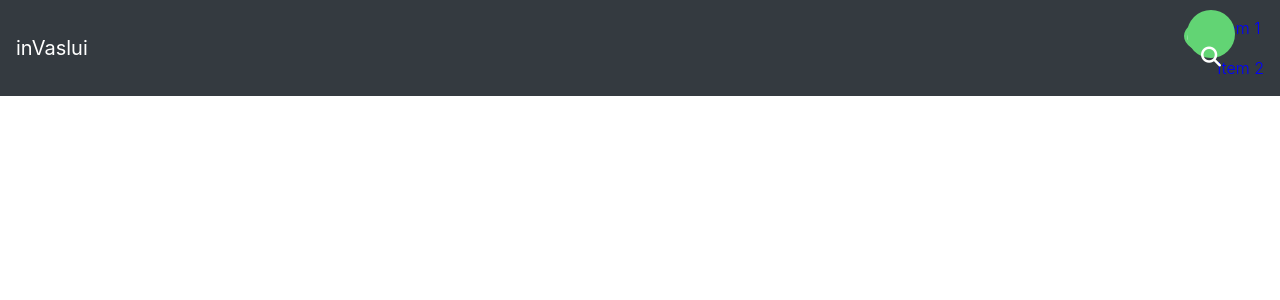
Repository: nicolasolo/in-vaslui
Page: index.html
The author's editor kept a copy of each file at every save. The page is drawn from the files as they stood at one save, then again after the next save.
The browser window is 1280 px wide. The pictures show the whole page.
Some web libraries are served in a nearby version.

Above is the page before, as saved 2020-03-29 21:15:45.

### index.html
<!DOCTYPE html>
<!--[if lt IE 7]>      <html class="no-js lt-ie9 lt-ie8 lt-ie7"> <![endif]-->
<!--[if IE 7]>         <html class="no-js lt-ie9 lt-ie8"> <![endif]-->
<!--[if IE 8]>         <html class="no-js lt-ie9"> <![endif]-->
<!--[if gt IE 8]><!--> <html class="no-js"> <!--<![endif]-->
    <head>
        <meta charset="utf-8">
        <meta http-equiv="X-UA-Compatible" content="IE=edge">
        <title></title>
        <meta name="description" content="">
        <meta name="viewport" content="width=device-width, initial-scale=1">
        <link rel="stylesheet" href="https://stackpath.bootstrapcdn.com/bootstrap/4.4.1/css/bootstrap.min.css" integrity="sha384-Vkoo8x4CGsO3+Hhxv8T/Q5PaXtkKtu6ug5TOeNV6gBiFeWPGFN9MuhOf23Q9Ifjh" crossorigin="anonymous">
        <script src="https://kit.fontawesome.com/9e80a3f6b7.js" crossorigin="anonymous"></script>
        <link rel="stylesheet" href="./css/vaslui.css">

    </head>
    <body>
        <!--[if lt IE 7]>
            <p class="browsehappy">You are using an <strong>outdated</strong> browser. Please <a href="#">upgrade your browser</a> to improve your experience.</p>
        <![endif]-->
        <header>
            <nav class="navbar navbar-dark bg-dark fixed-top">
                <a class="navbar-brand">inVaslui</a>


                <div class="searc-box">
                    <input type="text" class="input" placeholder="Search">
                    <div class="btn">
                        <i class="fa-search fas" aria-hidden="true"></i>
                    </div>
                </div>

                <div id="side_nav">
                    <ul class="navbar-nav mr-auto">
                        <li class="nav-item active">
                            <a class="nav-link" href="#">Item 1 <span class="sr-only">(current)</span></a>
                        </li>
                        <li class="nav-item">
                            <a class="nav-link disabled" href="#" tabindex="-1" aria-disabled="true">Item 2</a>
                        </li>
                    </ul>
                </div>


                </div>
            </nav>
        </header>
        <script src="https://code.jquery.com/jquery-3.4.1.slim.min.js" integrity="sha384-J6qa4849blE2+poT4WnyKhv5vZF5SrPo0iEjwBvKU7imGFAV0wwj1yYfoRSJoZ+n" crossorigin="anonymous"></script>
<script src="https://cdn.jsdelivr.net/npm/popper.js@1.16.0/dist/umd/popper.min.js" integrity="sha384-Q6E9RHvbIyZFJoft+2mJbHaEWldlvI9IOYy5n3zV9zzTtmI3UksdQRVvoxMfooAo" crossorigin="anonymous"></script>
<script src="https://stackpath.bootstrapcdn.com/bootstrap/4.4.1/js/bootstrap.min.js" integrity="sha384-wfSDF2E50Y2D1uUdj0O3uMBJnjuUD4Ih7YwaYd1iqfktj0Uod8GCExl3Og8ifwB6" crossorigin="anonymous"></script>
        <script src="" async defer></script>
        <script src="./js/vaslui.js"></script>
    </body>
</html>

### css/vaslui.css
a.navbar-brand{
    margin: auto;
    text-align: center;
    flex: content;
    display: flex;
    align-self: center;
}

.search-box{
    width: 5rem;
    height: auto;
    position: relative;
}
.input{
    position: absolute;
    top: 20px;
    right: 50px;
    box-sizing: border-box;
    width: 0px;
    height: 2rem;
    padding: 0 20px;
    outline: none;
    font-size: 18px;
    border-radius: 50%;
    color: #29313a;
    border: 3px solid #62d474;
    transition: all 0.8s ease;

}

::-webkit-input-placeholder{
    color: #62d474;
}

::-moz-placeholder{
    color: #62d474;
}

:-ms-input-placeholder{
    color: #62d474;
}

.btn{
    position: absolute;
    width: 3rem;
    height: 3rem;
    background: #62d474;
    border-radius: 50%;
    right: 45px;
    top: 10px;
    cursor: pointer;
    text-align: center;
    line-height: 80px;
    font-size: 20px;
    color: #fff;
    transition: all 0.8s ease;
}

.input.active{
    width: fit-content;
    right: 100px;
}

.btn.animate{
    transform: rotate(-360deg);
    right: 100px;
}
ul.navbar-nav{
    color: black;

}
#side_nav ul a.nav-link{
    font-weight: 300;
    color: blue;
}

### js/vaslui.js
var sideNav = document.querySelector('#side_nav');
var sideNavButton = document.querySelector(".navbar-toggler");



function openNav() {
    $sideNav.toggle().width="100%";
}
function closeNav(){
    sideNav.style.width="0";
}
$(document).ready(function(){

$("button").click(function() {
    $(sideNav).toggle(1000);
});
});

After the next save:
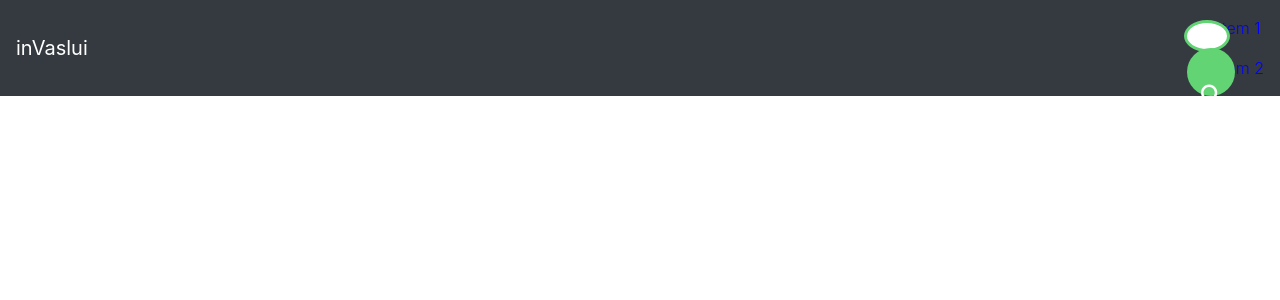
Saved 11 s later.
--- a/css/vaslui.css
+++ b/css/vaslui.css
@@ -47,7 +47,7 @@
     background: #62d474;
     border-radius: 50%;
     right: 45px;
-    top: 10px;
+    top: ;
     cursor: pointer;
     text-align: center;
     line-height: 80px;

After the save that followed:
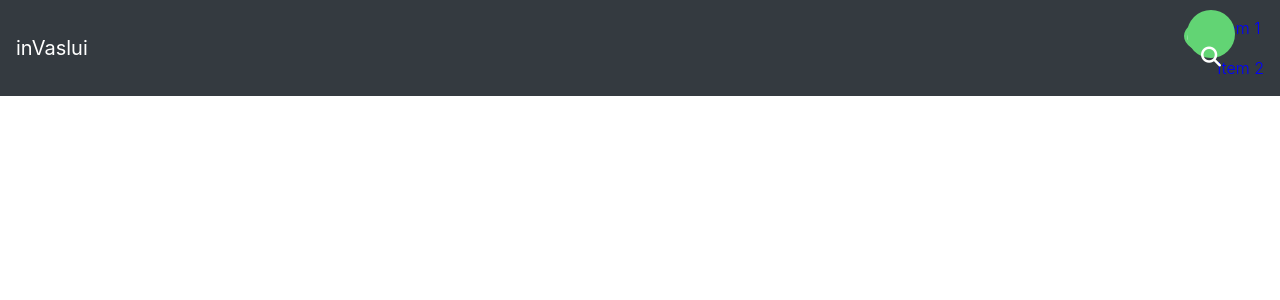
Saved 6 s later.
--- a/css/vaslui.css
+++ b/css/vaslui.css
@@ -47,7 +47,7 @@
     background: #62d474;
     border-radius: 50%;
     right: 45px;
-    top: ;
+    top: 10px;
     cursor: pointer;
     text-align: center;
     line-height: 80px;
